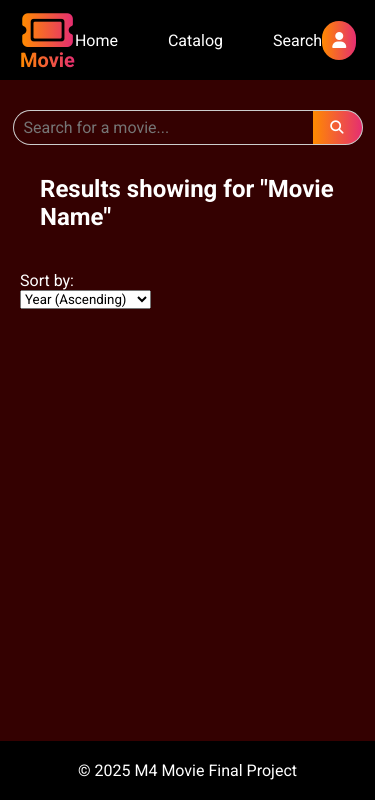
Repository: avivanguyen/m4_movie-FinalProject
Page: index.html
These files come from the project's save history. The page is drawn as it stood at one moment and after a run of saves; the edit follows.
The browser window is 375 px wide. The pictures show the whole page.
Some web libraries are served in a nearby version.

Above is the page before, as saved 2025-12-30 08:08:18.

After the next 3 saves:
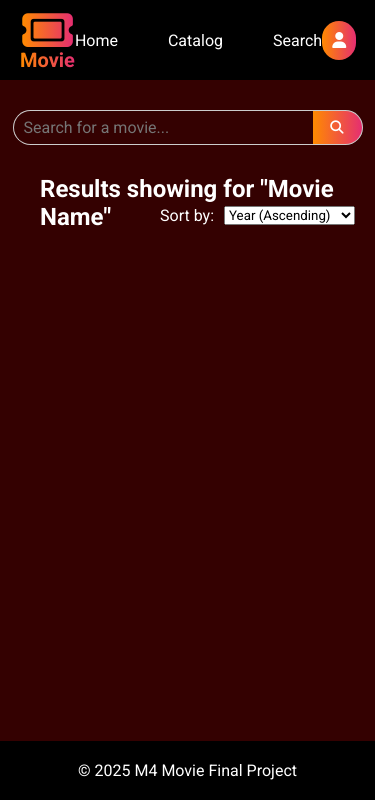
The 3 saves are shown as one change because they came seconds apart.
The last was saved 26 s later.
--- a/styles.css
+++ b/styles.css
@@ -360,6 +360,8 @@ RESPONSIVE STYLES
         padding: 10px;
     }
 
+    .breadcrumb
+
     .sort {
         margin-top: 0px;
         display: flex;
